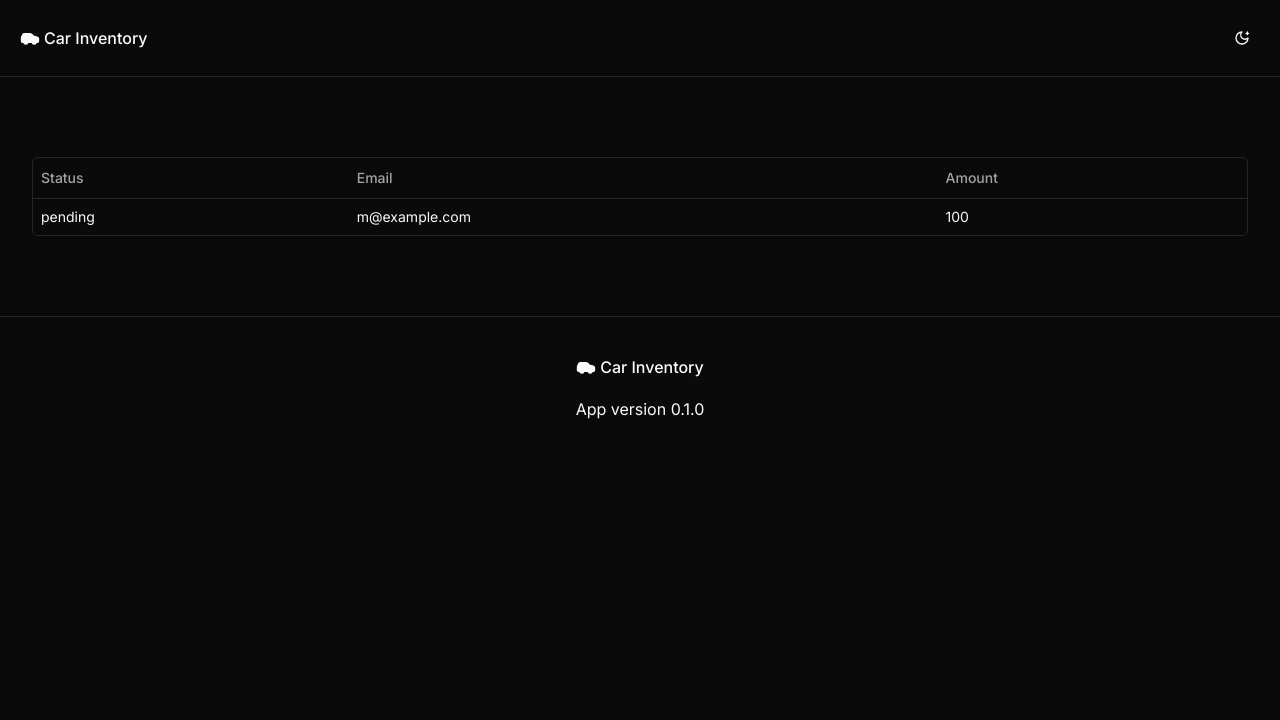
Repository: tushcmd/car-inventory
Page: /payments (app in frontend/)
An editor plug-in stored every save of this project. The page is shown before and after the next save, followed by the edit.
The browser window is 1280 px wide. The pictures show the whole page.
The project was rebuilt for these pictures with package versions that can differ from the ones it lists, and the page was loaded fresh each time. The framework's server and built-in components were replaced by stand-ins that run in the browser. Also part of the build but not shown: frontend/next.config.mjs.

Above is the page before, as saved 2024-05-12 02:59:11.

### frontend/app/layout.tsx
import type { Metadata } from "next";
import { Inter } from "next/font/google";
import "./globals.css";
import AppProviders from "@/components/providers/AppProviders";
import Navbar from '@/components/shared/Navbar';
import Footer from "@/components/shared/Footer";

const inter = Inter({ subsets: ["latin"] });

export const metadata: Metadata = {
  title: "Car Garage Inventory",
  description: "Nextjs Shadcnui Nodejs Express and MongoDB CRUD",
};

export default function RootLayout({
  children,
}: Readonly<{
  children: React.ReactNode;
}>) {
  return (
    <html lang="en" suppressHydrationWarning>
      <body className={inter.className}>
        <AppProviders>
          <Navbar />
          {children}
          <Footer />
        </AppProviders>
      </body>
    </html>
  );
}

### frontend/app/payments/page.tsx
import { Payment, columns } from "./columns"
import { DataTable } from "./data-table"

async function getData(): Promise<Payment[]> {
  // Fetch data from your API here.
  return [
    {
      id: "728ed52f",
      amount: 100,
      status: "pending",
      email: "m@example.com",
    },
    // ...
  ]
}

export default async function DemoPage() {
  const data = await getData()

  return (
    <div className="page-container">
      <DataTable columns={columns} data={data} />
    </div>
  )
}

### frontend/app/globals.css
@tailwind base;
@tailwind components;
@tailwind utilities;

@layer base {
  :root {
    --background: 0 0% 100%;
    --foreground: 0 0% 3.9%;

    --card: 0 0% 100%;
    --card-foreground: 0 0% 3.9%;

    --popover: 0 0% 100%;
    --popover-foreground: 0 0% 3.9%;

    --primary: 0 0% 9%;
    --primary-foreground: 0 0% 98%;

    --secondary: 0 0% 96.1%;
    --secondary-foreground: 0 0% 9%;

    --muted: 0 0% 96.1%;
    --muted-foreground: 0 0% 45.1%;

    --accent: 0 0% 96.1%;
    --accent-foreground: 0 0% 9%;

    --destructive: 0 84.2% 60.2%;
    --destructive-foreground: 0 0% 98%;

    --border: 0 0% 89.8%;
    --input: 0 0% 89.8%;
    --ring: 0 0% 3.9%;

    --radius: 0.5rem;
  }

  .dark {
    --background: 0 0% 3.9%;
    --foreground: 0 0% 98%;

    --card: 0 0% 3.9%;
    --card-foreground: 0 0% 98%;

    --popover: 0 0% 3.9%;
    --popover-foreground: 0 0% 98%;

    --primary: 0 0% 98%;
    --primary-foreground: 0 0% 9%;

    --secondary: 0 0% 14.9%;
    --secondary-foreground: 0 0% 98%;

    --muted: 0 0% 14.9%;
    --muted-foreground: 0 0% 63.9%;

    --accent: 0 0% 14.9%;
    --accent-foreground: 0 0% 98%;

    --destructive: 0 62.8% 30.6%;
    --destructive-foreground: 0 0% 98%;

    --border: 0 0% 14.9%;
    --input: 0 0% 14.9%;
    --ring: 0 0% 83.1%;
  }
}

@layer base {
  * {
    @apply border-border;
  }
  body {
    @apply bg-background text-foreground;
  }
}


@layer components {

  /* FONT SIZES */
  .h1 {
		@apply text-5xl lg:text-6xl font-bold;
	}
	.h2 {
		@apply sm:text-3xl text-4xl font-bold;
	}
	.h3 {
		@apply text-2xl font-medium;
	}
	.h4 {
		@apply text-xl sm:text-lg font-normal;
	}

  /* LAYOUTS  */
	.layout-container {
		@apply container mx-auto px-5;
	}

	.page-container {
		@apply container py-20 flex flex-col gap-16 max-w-7xl;
	}
}

### frontend/components/providers/AppProviders.tsx
'use client';

import { ThemeProvider } from 'next-themes';
import { FC, ReactNode } from 'react';

interface AppProvidersProps {
  children: ReactNode;
}


const AppProviders: FC<AppProvidersProps> = ({ children }) => {
  return (
    <>
      <ThemeProvider attribute="class" disableTransitionOnChange defaultTheme="dark" enableSystem>
        {children}

      </ThemeProvider>
    </>
  );
};

export default AppProviders;

### frontend/components/shared/Navbar.tsx
import React, { FC } from 'react';
import ThemeSwitcherButton from '../ui/ThemeSwitcher';
import Logo from './Logo';

const Navbar: FC = () => {
  return (
    <nav className="border-b py-5">
      <div className="layout-container flex justify-between items-center max-w-7xl">
        <Logo />
        <ThemeSwitcherButton />
      </div>
    </nav>
  );
};

export default Navbar;

### frontend/components/shared/Footer.tsx
import React, { FC } from 'react'
import Logo from './Logo'

const Footer: FC = () => {
  return (
    <footer className='border-t'>
        <div className='layout-container flex flex-col gap-5 items-center  justify-center py-10'>
            <Logo />
            <p>App version 0.1.0</p>
        </div>

    </footer>
  )
}

export default Footer

### frontend/app/payments/data-table.tsx
"use client"

import {
  ColumnDef,
  flexRender,
  getCoreRowModel,
  useReactTable,
} from "@tanstack/react-table"

import {
  Table,
  TableBody,
  TableCell,
  TableHead,
  TableHeader,
  TableRow,
} from "@/components/ui/table"

interface DataTableProps<TData, TValue> {
  columns: ColumnDef<TData, TValue>[]
  data: TData[]
}

export function DataTable<TData, TValue>({
  columns,
  data,
}: DataTableProps<TData, TValue>) {
  const table = useReactTable({
    data,
    columns,
    getCoreRowModel: getCoreRowModel(),
  })

  return (
    <div className="rounded-md border">
      <Table>
        <TableHeader>
          {table.getHeaderGroups().map((headerGroup) => (
            <TableRow key={headerGroup.id}>
              {headerGroup.headers.map((header) => {
                return (
                  <TableHead key={header.id}>
                    {header.isPlaceholder
                      ? null
                      : flexRender(
                          header.column.columnDef.header,
                          header.getContext()
                        )}
                  </TableHead>
                )
              })}
            </TableRow>
          ))}
        </TableHeader>
        <TableBody>
          {table.getRowModel().rows?.length ? (
            table.getRowModel().rows.map((row) => (
              <TableRow
                key={row.id}
                data-state={row.getIsSelected() && "selected"}
              >
                {row.getVisibleCells().map((cell) => (
                  <TableCell key={cell.id}>
                    {flexRender(cell.column.columnDef.cell, cell.getContext())}
                  </TableCell>
                ))}
              </TableRow>
            ))
          ) : (
            <TableRow>
              <TableCell colSpan={columns.length} className="h-24 text-center">
                No results.
              </TableCell>
            </TableRow>
          )}
        </TableBody>
      </Table>
    </div>
  )
}

### frontend/components/ui/ThemeSwitcher.tsx
"use client";

import { useTheme } from "next-themes";
import React, { FC, useEffect, useState } from "react";
import { SunIcon,  Laptop, MoonStarIcon } from "lucide-react";
import {
	DropdownMenu,
	DropdownMenuContent,
	DropdownMenuItem,
	DropdownMenuTrigger,
} from "./dropdown-menu";
import { Button } from "./button";

const themes = [
	{
		value: "light",
		label: "Light",
		icon: SunIcon,
	},
	{
		value: "dark",
		label: "Dark",
		icon: MoonStarIcon,
	},
	{
		value: "system",
		label: "System",
		icon: Laptop,
	},
];

const ThemeSwitcher: FC = () => {
  const [mounted, setMounted] = useState(false)
	const { theme, setTheme } = useTheme();
	const currentTheme = themes.find((t) => t.value === theme);
	const ThemeIcon = currentTheme?.icon

  useEffect(() => {
    setMounted(true)
  }, [])

	return mounted && (
		<div className="flex">
			<DropdownMenu  >
				<DropdownMenuTrigger asChild>
					<Button variant="ghost" size={"icon"}>{!!ThemeIcon && <ThemeIcon className="w-4 h-4"/>}</Button>
				</DropdownMenuTrigger>
				<DropdownMenuContent>
					{themes.map(({value, label}) => <DropdownMenuItem role="button" onClick={() => setTheme(value)} key={value}>{label}</DropdownMenuItem>)}
				</DropdownMenuContent>
			</DropdownMenu>
		</div>
	);
};

export default ThemeSwitcher;

### frontend/components/shared/Logo.tsx

import { Car } from "lucide-react";
import Link from "next/link";
import React, { FC } from "react";

const Logo: FC = () => {
	return (
		<Link href='/' className="flex items-center gap-1 component-focus rounded-md">
			<Car   className="w-5 h-5 fill-current" />
			<h1 className="inline-flex flex-col gap-0 leading-none font-medium">
				<p>Car Inventory</p>
			</h1>
		</Link>
	);
};

export default Logo;

### frontend/components/ui/table.tsx
import * as React from "react"

import { cn } from "@/lib/utils"

const Table = React.forwardRef<
  HTMLTableElement,
  React.HTMLAttributes<HTMLTableElement>
>(({ className, ...props }, ref) => (
  <div className="relative w-full overflow-auto">
    <table
      ref={ref}
      className={cn("w-full caption-bottom text-sm", className)}
      {...props}
    />
  </div>
))
Table.displayName = "Table"

const TableHeader = React.forwardRef<
  HTMLTableSectionElement,
  React.HTMLAttributes<HTMLTableSectionElement>
>(({ className, ...props }, ref) => (
  <thead ref={ref} className={cn("[&_tr]:border-b", className)} {...props} />
))
TableHeader.displayName = "TableHeader"

const TableBody = React.forwardRef<
  HTMLTableSectionElement,
  React.HTMLAttributes<HTMLTableSectionElement>
>(({ className, ...props }, ref) => (
  <tbody
    ref={ref}
    className={cn("[&_tr:last-child]:border-0", className)}
    {...props}
  />
))
TableBody.displayName = "TableBody"

const TableFooter = React.forwardRef<
  HTMLTableSectionElement,
  React.HTMLAttributes<HTMLTableSectionElement>
>(({ className, ...props }, ref) => (
  <tfoot
    ref={ref}
    className={cn(
      "border-t bg-muted/50 font-medium [&>tr]:last:border-b-0",
      className
    )}
    {...props}
  />
))
TableFooter.displayName = "TableFooter"

const TableRow = React.forwardRef<
  HTMLTableRowElement,
  React.HTMLAttributes<HTMLTableRowElement>
>(({ className, ...props }, ref) => (
  <tr
    ref={ref}
    className={cn(
      "border-b transition-colors hover:bg-muted/50 data-[state=selected]:bg-muted",
      className
    )}
    {...props}
  />
))
TableRow.displayName = "TableRow"

const TableHead = React.forwardRef<
  HTMLTableCellElement,
  React.ThHTMLAttributes<HTMLTableCellElement>
>(({ className, ...props }, ref) => (
  <th
    ref={ref}
    className={cn(
      "h-10 px-2 text-left align-middle font-medium text-muted-foreground [&:has([role=checkbox])]:pr-0 [&>[role=checkbox]]:translate-y-[2px]",
      className
    )}
    {...props}
  />
))
TableHead.displayName = "TableHead"

const TableCell = React.forwardRef<
  HTMLTableCellElement,
  React.TdHTMLAttributes<HTMLTableCellElement>
>(({ className, ...props }, ref) => (
  <td
    ref={ref}
    className={cn(
      "p-2 align-middle [&:has([role=checkbox])]:pr-0 [&>[role=checkbox]]:translate-y-[2px]",
      className
    )}
    {...props}
  />
))
TableCell.displayName = "TableCell"

const TableCaption = React.forwardRef<
  HTMLTableCaptionElement,
  React.HTMLAttributes<HTMLTableCaptionElement>
>(({ className, ...props }, ref) => (
  <caption
    ref={ref}
    className={cn("mt-4 text-sm text-muted-foreground", className)}
    {...props}
  />
))
TableCaption.displayName = "TableCaption"

export {
  Table,
  TableHeader,
  TableBody,
  TableFooter,
  TableHead,
  TableRow,
  TableCell,
  TableCaption,
}

### frontend/components/ui/dropdown-menu.tsx
"use client"

import * as React from "react"
import * as DropdownMenuPrimitive from "@radix-ui/react-dropdown-menu"
import {
  CheckIcon,
  ChevronRightIcon,
  DotFilledIcon,
} from "@radix-ui/react-icons"

import { cn } from "@/lib/utils"

const DropdownMenu = DropdownMenuPrimitive.Root

const DropdownMenuTrigger = DropdownMenuPrimitive.Trigger

const DropdownMenuGroup = DropdownMenuPrimitive.Group

const DropdownMenuPortal = DropdownMenuPrimitive.Portal

const DropdownMenuSub = DropdownMenuPrimitive.Sub

const DropdownMenuRadioGroup = DropdownMenuPrimitive.RadioGroup

const DropdownMenuSubTrigger = React.forwardRef<
  React.ElementRef<typeof DropdownMenuPrimitive.SubTrigger>,
  React.ComponentPropsWithoutRef<typeof DropdownMenuPrimitive.SubTrigger> & {
    inset?: boolean
  }
>(({ className, inset, children, ...props }, ref) => (
  <DropdownMenuPrimitive.SubTrigger
    ref={ref}
    className={cn(
      "flex cursor-default select-none items-center rounded-sm px-2 py-1.5 text-sm outline-none focus:bg-accent data-[state=open]:bg-accent",
      inset && "pl-8",
      className
    )}
    {...props}
  >
    {children}
    <ChevronRightIcon className="ml-auto h-4 w-4" />
  </DropdownMenuPrimitive.SubTrigger>
))
DropdownMenuSubTrigger.displayName =
  DropdownMenuPrimitive.SubTrigger.displayName

const DropdownMenuSubContent = React.forwardRef<
  React.ElementRef<typeof DropdownMenuPrimitive.SubContent>,
  React.ComponentPropsWithoutRef<typeof DropdownMenuPrimitive.SubContent>
>(({ className, ...props }, ref) => (
  <DropdownMenuPrimitive.SubContent
    ref={ref}
    className={cn(
      "z-50 min-w-[8rem] overflow-hidden rounded-md border bg-popover p-1 text-popover-foreground shadow-lg data-[state=open]:animate-in data-[state=closed]:animate-out data-[state=closed]:fade-out-0 data-[state=open]:fade-in-0 data-[state=closed]:zoom-out-95 data-[state=open]:zoom-in-95 data-[side=bottom]:slide-in-from-top-2 data-[side=left]:slide-in-from-right-2 data-[side=right]:slide-in-from-left-2 data-[side=top]:slide-in-from-bottom-2",
      className
    )}
    {...props}
  />
))
DropdownMenuSubContent.displayName =
  DropdownMenuPrimitive.SubContent.displayName

const DropdownMenuContent = React.forwardRef<
  React.ElementRef<typeof DropdownMenuPrimitive.Content>,
  React.ComponentPropsWithoutRef<typeof DropdownMenuPrimitive.Content>
>(({ className, sideOffset = 4, ...props }, ref) => (
  <DropdownMenuPrimitive.Portal>
    <DropdownMenuPrimitive.Content
      ref={ref}
      sideOffset={sideOffset}
      className={cn(
        "z-50 min-w-[8rem] overflow-hidden rounded-md border bg-popover p-1 text-popover-foreground shadow-md",
        "data-[state=open]:animate-in data-[state=closed]:animate-out data-[state=closed]:fade-out-0 data-[state=open]:fade-in-0 data-[state=closed]:zoom-out-95 data-[state=open]:zoom-in-95 data-[side=bottom]:slide-in-from-top-2 data-[side=left]:slide-in-from-right-2 data-[side=right]:slide-in-from-left-2 data-[side=top]:slide-in-from-bottom-2",
        className
      )}
      {...props}
    />
  </DropdownMenuPrimitive.Portal>
))
DropdownMenuContent.displayName = DropdownMenuPrimitive.Content.displayName

const DropdownMenuItem = React.forwardRef<
  React.ElementRef<typeof DropdownMenuPrimitive.Item>,
  React.ComponentPropsWithoutRef<typeof DropdownMenuPrimitive.Item> & {
    inset?: boolean
  }
>(({ className, inset, ...props }, ref) => (
  <DropdownMenuPrimitive.Item
    ref={ref}
    className={cn(
      "relative flex cursor-default select-none items-center rounded-sm px-2 py-1.5 text-sm outline-none transition-colors focus:bg-accent focus:text-accent-foreground data-[disabled]:pointer-events-none data-[disabled]:opacity-50",
      inset && "pl-8",
      className
    )}
    {...props}
  />
))
DropdownMenuItem.displayName = DropdownMenuPrimitive.Item.displayName

const DropdownMenuCheckboxItem = React.forwardRef<
  React.ElementRef<typeof DropdownMenuPrimitive.CheckboxItem>,
  React.ComponentPropsWithoutRef<typeof DropdownMenuPrimitive.CheckboxItem>
>(({ className, children, checked, ...props }, ref) => (
  <DropdownMenuPrimitive.CheckboxItem
    ref={ref}
    className={cn(
      "relative flex cursor-default select-none items-center rounded-sm py-1.5 pl-8 pr-2 text-sm outline-none transition-colors focus:bg-accent focus:text-accent-foreground data-[disabled]:pointer-events-none data-[disabled]:opacity-50",
      className
    )}
    checked={checked}
    {...props}
  >
    <span className="absolute left-2 flex h-3.5 w-3.5 items-center justify-center">
      <DropdownMenuPrimitive.ItemIndicator>
        <CheckIcon className="h-4 w-4" />
      </DropdownMenuPrimitive.ItemIndicator>
    </span>
    {children}
  </DropdownMenuPrimitive.CheckboxItem>
))
DropdownMenuCheckboxItem.displayName =
  DropdownMenuPrimitive.CheckboxItem.displayName

const DropdownMenuRadioItem = React.forwardRef<
  React.ElementRef<typeof DropdownMenuPrimitive.RadioItem>,
  React.ComponentPropsWithoutRef<typeof DropdownMenuPrimitive.RadioItem>
>(({ className, children, ...props }, ref) => (
  <DropdownMenuPrimitive.RadioItem
    ref={ref}
    className={cn(
      "relative flex cursor-default select-none items-center rounded-sm py-1.5 pl-8 pr-2 text-sm outline-none transition-colors focus:bg-accent focus:text-accent-foreground data-[disabled]:pointer-events-none data-[disabled]:opacity-50",
      className
    )}
    {...props}
  >
    <span className="absolute left-2 flex h-3.5 w-3.5 items-center justify-center">
      <DropdownMenuPrimitive.ItemIndicator>
        <DotFilledIcon className="h-4 w-4 fill-current" />
      </DropdownMenuPrimitive.ItemIndicator>
    </span>
    {children}
  </DropdownMenuPrimitive.RadioItem>
))
DropdownMenuRadioItem.displayName = DropdownMenuPrimitive.RadioItem.displayName

const DropdownMenuLabel = React.forwardRef<
  React.ElementRef<typeof DropdownMenuPrimitive.Label>,
  React.ComponentPropsWithoutRef<typeof DropdownMenuPrimitive.Label> & {
    inset?: boolean
  }
>(({ className, inset, ...props }, ref) => (
  <DropdownMenuPrimitive.Label
    ref={ref}
    className={cn(
      "px-2 py-1.5 text-sm font-semibold",
      inset && "pl-8",
      className
    )}
    {...props}
  />
))
DropdownMenuLabel.displayName = DropdownMenuPrimitive.Label.displayName

const DropdownMenuSeparator = React.forwardRef<
  React.ElementRef<typeof DropdownMenuPrimitive.Separator>,
  React.ComponentPropsWithoutRef<typeof DropdownMenuPrimitive.Separator>
>(({ className, ...props }, ref) => (
  <DropdownMenuPrimitive.Separator
    ref={ref}
    className={cn("-mx-1 my-1 h-px bg-muted", className)}
    {...props}
  />
))
DropdownMenuSeparator.displayName = DropdownMenuPrimitive.Separator.displayName

const DropdownMenuShortcut = ({
  className,
  ...props
}: React.HTMLAttributes<HTMLSpanElement>) => {
  return (
    <span
      className={cn("ml-auto text-xs tracking-widest opacity-60", className)}
      {...props}
    />
  )
}
DropdownMenuShortcut.displayName = "DropdownMenuShortcut"

export {
  DropdownMenu,
  DropdownMenuTrigger,
  DropdownMenuContent,
  DropdownMenuItem,
  DropdownMenuCheckboxItem,
  DropdownMenuRadioItem,
  DropdownMenuLabel,
  DropdownMenuSeparator,
  DropdownMenuShortcut,
  DropdownMenuGroup,
  DropdownMenuPortal,
  DropdownMenuSub,
  DropdownMenuSubContent,
  DropdownMenuSubTrigger,
  DropdownMenuRadioGroup,
}

### frontend/components/ui/button.tsx
import * as React from "react"
import { Slot } from "@radix-ui/react-slot"
import { cva, type VariantProps } from "class-variance-authority"

import { cn } from "@/lib/utils"

const buttonVariants = cva(
  "inline-flex items-center justify-center whitespace-nowrap rounded-md text-sm font-medium transition-colors focus-visible:outline-none focus-visible:ring-1 focus-visible:ring-ring disabled:pointer-events-none disabled:opacity-50",
  {
    variants: {
      variant: {
        default:
          "bg-primary text-primary-foreground shadow hover:bg-primary/90",
        destructive:
          "bg-destructive text-destructive-foreground shadow-sm hover:bg-destructive/90",
        outline:
          "border border-input bg-background shadow-sm hover:bg-accent hover:text-accent-foreground",
        secondary:
          "bg-secondary text-secondary-foreground shadow-sm hover:bg-secondary/80",
        ghost: "hover:bg-accent hover:text-accent-foreground",
        link: "text-primary underline-offset-4 hover:underline",
      },
      size: {
        default: "h-9 px-4 py-2",
        sm: "h-8 rounded-md px-3 text-xs",
        lg: "h-10 rounded-md px-8",
        icon: "h-9 w-9",
      },
    },
    defaultVariants: {
      variant: "default",
      size: "default",
    },
  }
)

export interface ButtonProps
  extends React.ButtonHTMLAttributes<HTMLButtonElement>,
    VariantProps<typeof buttonVariants> {
  asChild?: boolean
}

const Button = React.forwardRef<HTMLButtonElement, ButtonProps>(
  ({ className, variant, size, asChild = false, ...props }, ref) => {
    const Comp = asChild ? Slot : "button"
    return (
      <Comp
        className={cn(buttonVariants({ variant, size, className }))}
        ref={ref}
        {...props}
      />
    )
  }
)
Button.displayName = "Button"

export { Button, buttonVariants }

Loaded but not shown: frontend/app/payments/columns.tsx (common file); frontend/lib/utils.ts (common file); frontend/tailwind.config.ts (common file)

After the next save:
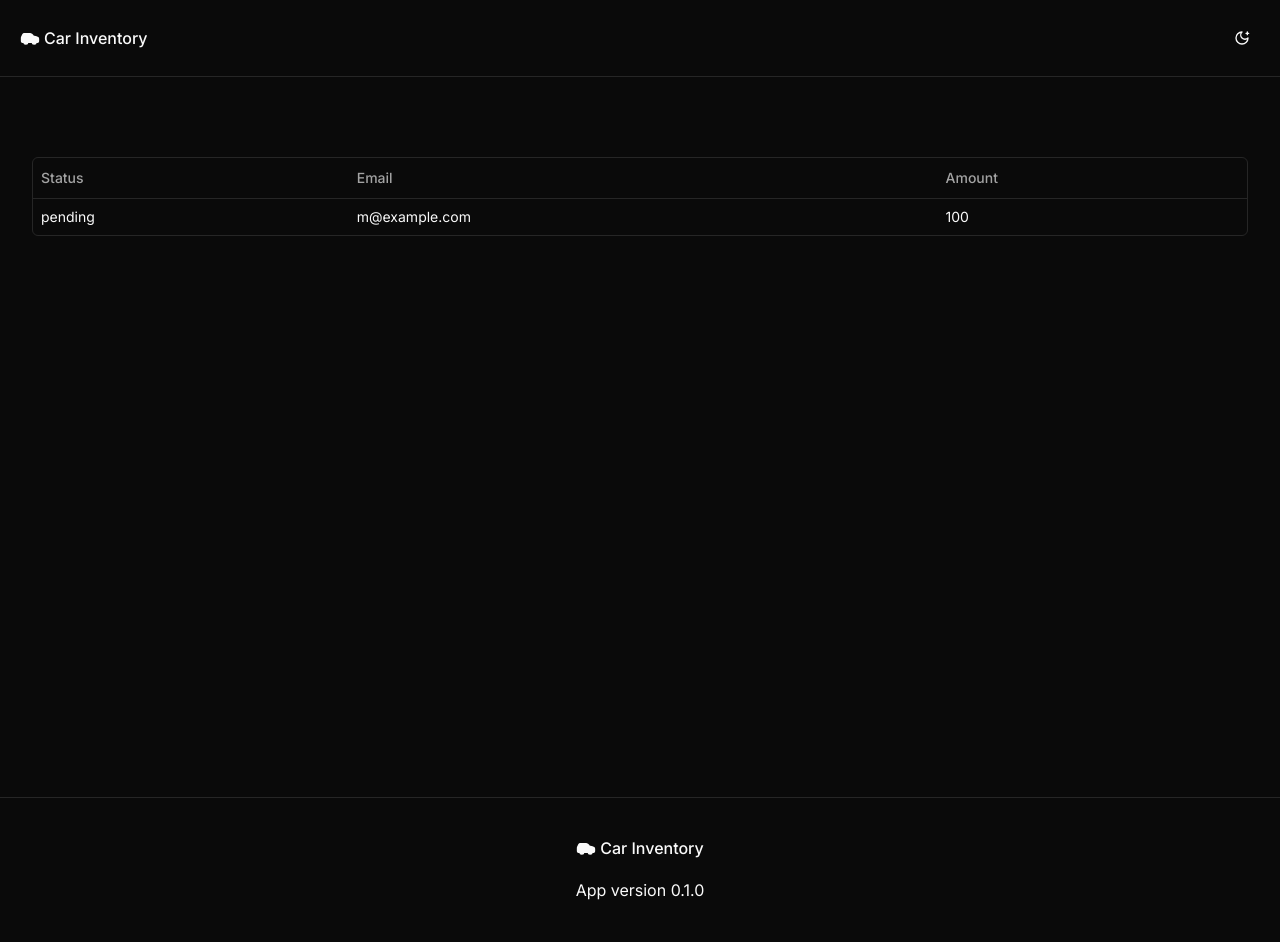
Saved 50 min 0 s later.
--- a/frontend/app/payments/page.tsx
+++ b/frontend/app/payments/page.tsx
@@ -18,7 +18,7 @@ export default async function DemoPage() {
   const data = await getData()
 
   return (
-    <div className="page-container">
+    <div className="page-container min-h-screen">
       <DataTable columns={columns} data={data} />
     </div>
   )
